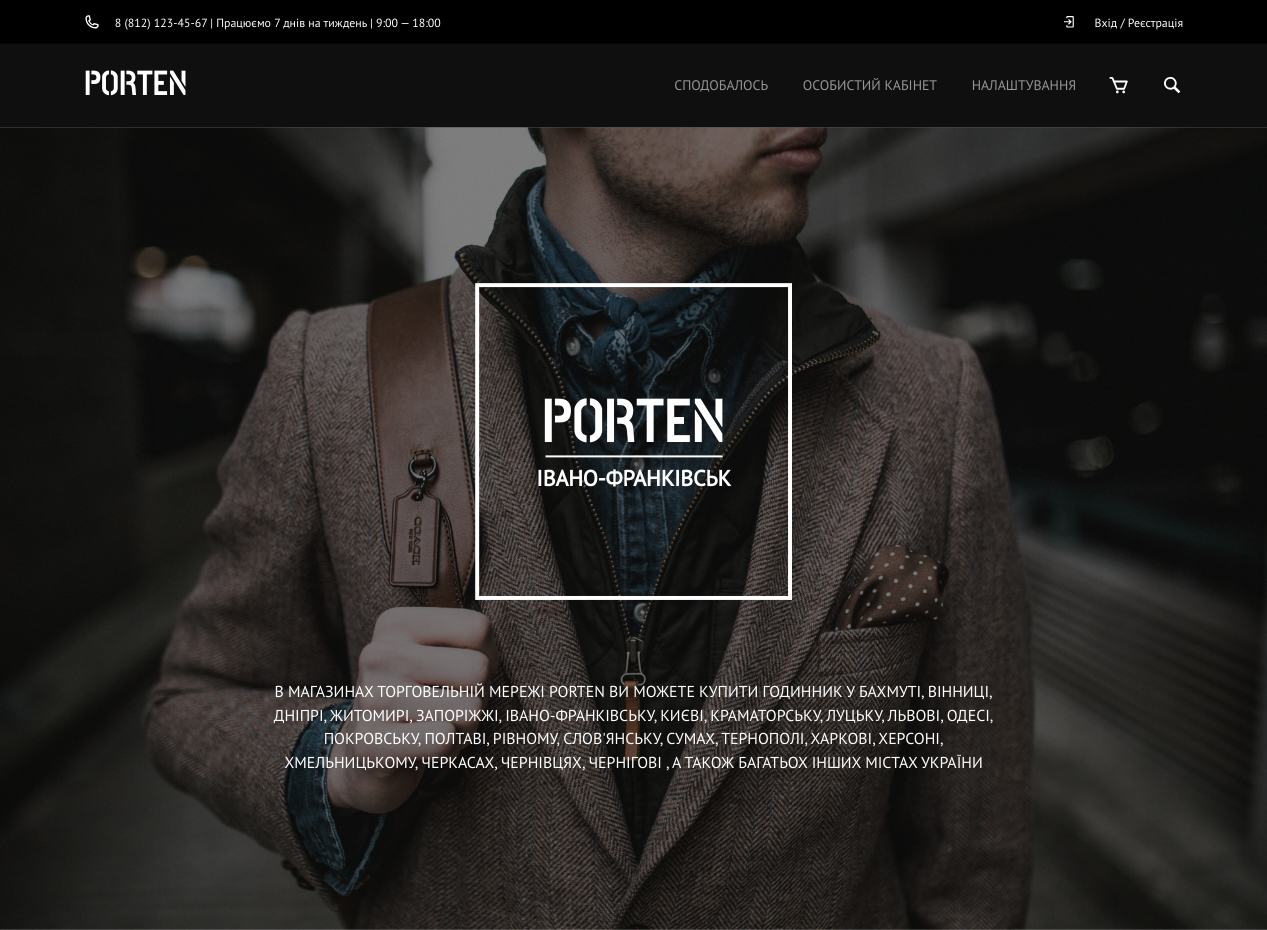
Repository: KYUUBI-K/porten
Page: index.html
These files come from the project's save history. The page is drawn as it stood at one moment and after the next save; the edit follows.
The browser window is 1280 px wide. The pictures show the whole page, at 99% of full size.

Above is the page before, as saved 2025-09-09 22:09:51.

After the next save:
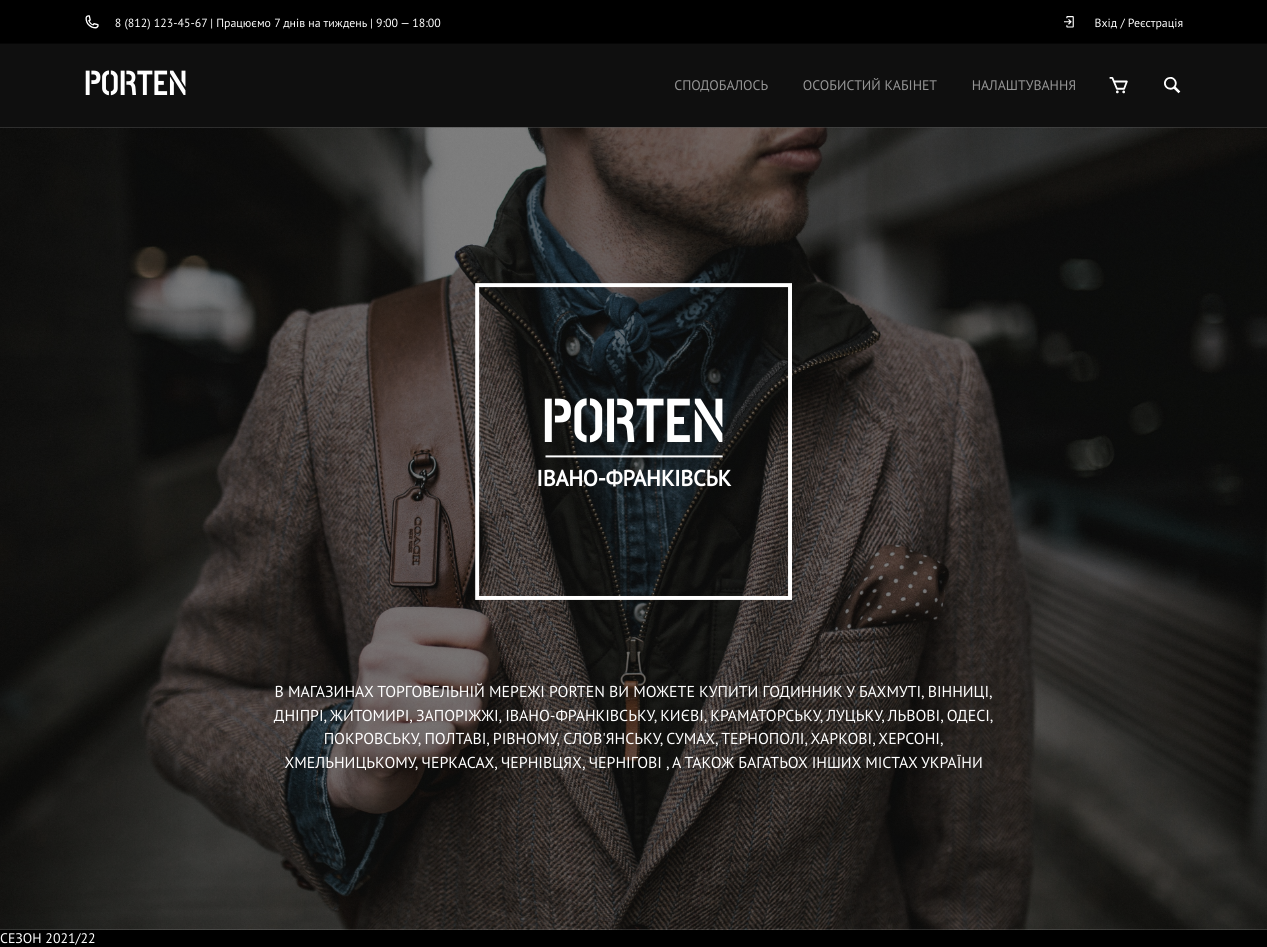
Saved 7 s later.
--- a/index.html
+++ b/index.html
@@ -118,7 +118,7 @@
       </div>
     </section>
     <section class="new-collection">
-      <aside class="new-season"></aside>
+      <aside class="new-season">СЕЗОН 2021/22</aside>
       <aside class="catalog"></aside>
     </section>
   </body>
